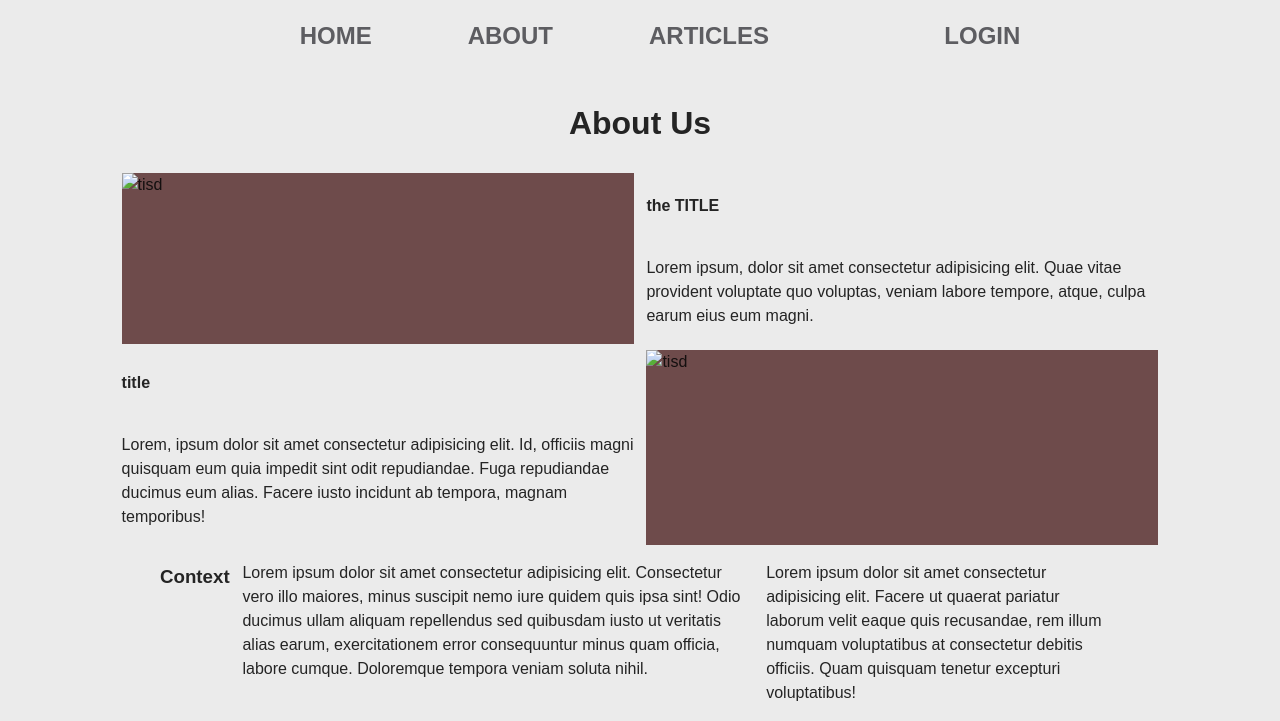
Repository: ValGrace/-static-site
Page: /about (app in client/)
These files come from the project's save history. The page is drawn as it stood at one moment and after the next save; the edit follows.
The browser window is 1280 px wide. The pictures show the whole page.
The project was rebuilt for these pictures with package versions that can differ from the ones it lists, and the page was loaded fresh each time. Also part of the build but not shown: client/vite.config.js, client/src/Components/Inputs.css, client/src/Components/Login.jsx, client/src/Components/Signup.jsx, client/src/Components/MidSection.jsx, client/src/Components/HomeSection.jsx, client/src/Components/TopSection.jsx, client/src/MdFiles/MdFileContext.js and 2 more.

Above is the page before, as saved 2023-07-02 12:57:49.

After the next save:
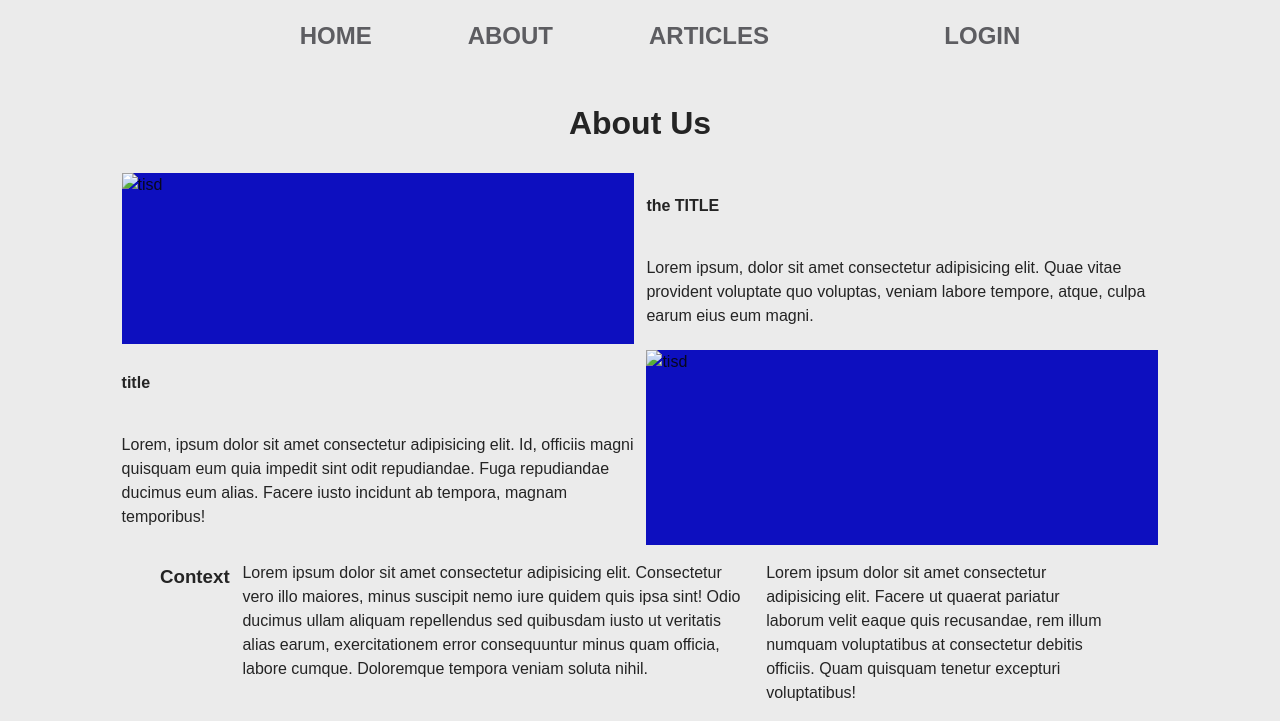
Saved 36 s later.
--- a/client/src/Components/InfoPage.css
+++ b/client/src/Components/InfoPage.css
@@ -25,8 +25,9 @@
 }
 
 .abt-img {
-    background-color: rgba(54, 4, 4, 0.685);
+    background-color: rgba(0, 3, 189, 0.945);
     width: 90vw;
+    height: ;
 
 }
 
